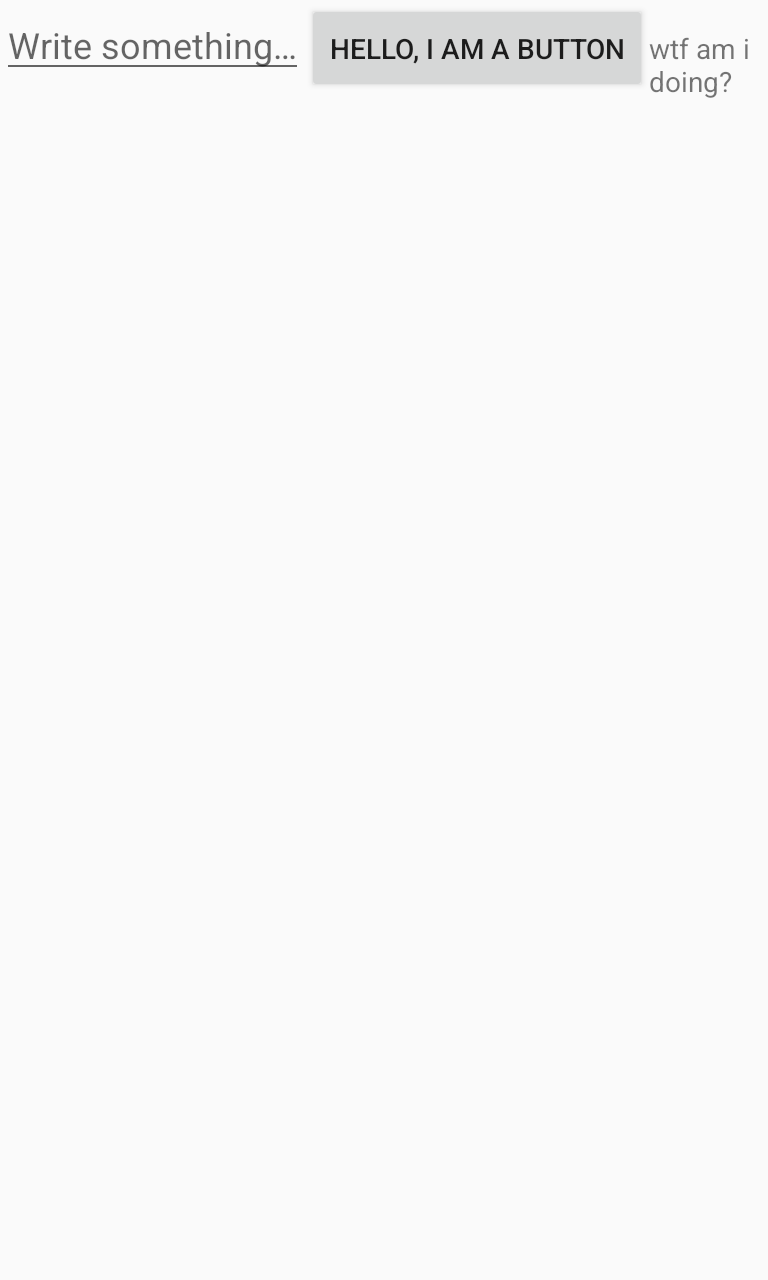
Repository: SVasilev/TimeWaste
Layout: TimeWaste/res/layout/activity_time_waste.xml
These files come from the project's save history. The layout is drawn as it stood at one moment and after the next save; the edit follows.
It is drawn on a 768 x 1280 px phone screen (xhdpi) without system bars, with theme AppTheme; the app's code is not run.

Above is the layout before, as saved 2014-07-18 23:19:06.

### TimeWaste/res/layout/activity_time_waste.xml
<LinearLayout xmlns:android="http://schemas.android.com/apk/res/android"
    xmlns:tools="http://schemas.android.com/tools"
    android:layout_width="match_parent"
    android:layout_height="match_parent"
    android:orientation="horizontal" >

    <EditText android:id="@+id/std_message"
        android:layout_width="wrap_content"
        android:layout_height="wrap_content"
        android:hint="@string/std_message" />

    <Button
        android:id="@+id/button"
        android:layout_width="wrap_content"
        android:layout_height="wrap_content"
        android:text="Hello, I am a Button" />

    <TextView
        android:id="@+id/text"
	    android:layout_width="wrap_content"
	    android:layout_height="wrap_content"
	    android:text="@string/edit_text_text" />

</LinearLayout>

### TimeWaste/res/values/strings.xml
<?xml version="1.0" encoding="utf-8"?>
<resources>

    <string name="app_name">TimeWaste</string>
    <string name="edit_message">Write something.</string>
    <string name="std_message">Write something&#8230; </string>
    <string name="edit_text_text">wtf am i doing? </string>
    <string name="action_settings">Settings</string>

</resources>

Loaded but not shown: TimeWaste/res/values/styles.xml (common file); TimeWaste/res/values-v11/styles.xml (common file); TimeWaste/res/values-v14/styles.xml (common file)

After the next save:
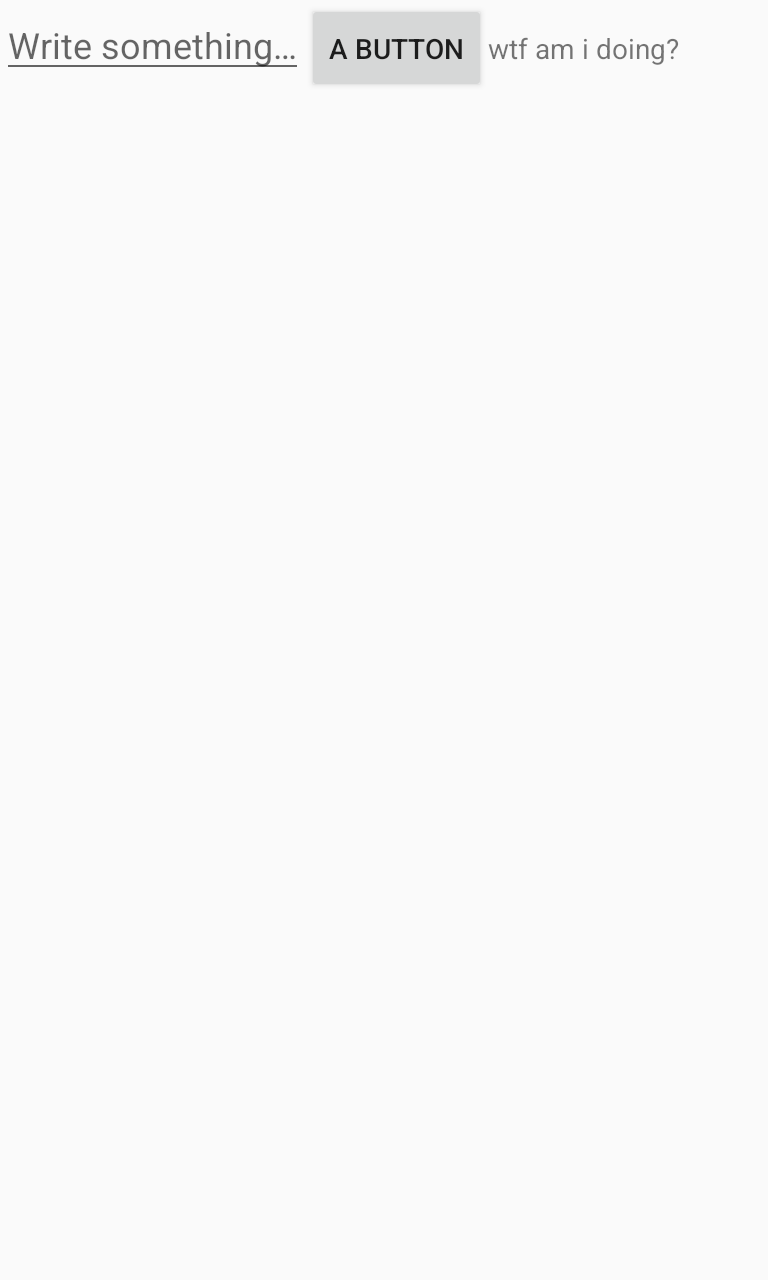
Saved 6 s later.
--- a/TimeWaste/res/layout/activity_time_waste.xml
+++ b/TimeWaste/res/layout/activity_time_waste.xml
@@ -13,7 +13,7 @@
         android:id="@+id/button"
         android:layout_width="wrap_content"
         android:layout_height="wrap_content"
-        android:text="Hello, I am a Button" />
+        android:text="a Button" />
 
     <TextView
         android:id="@+id/text"
